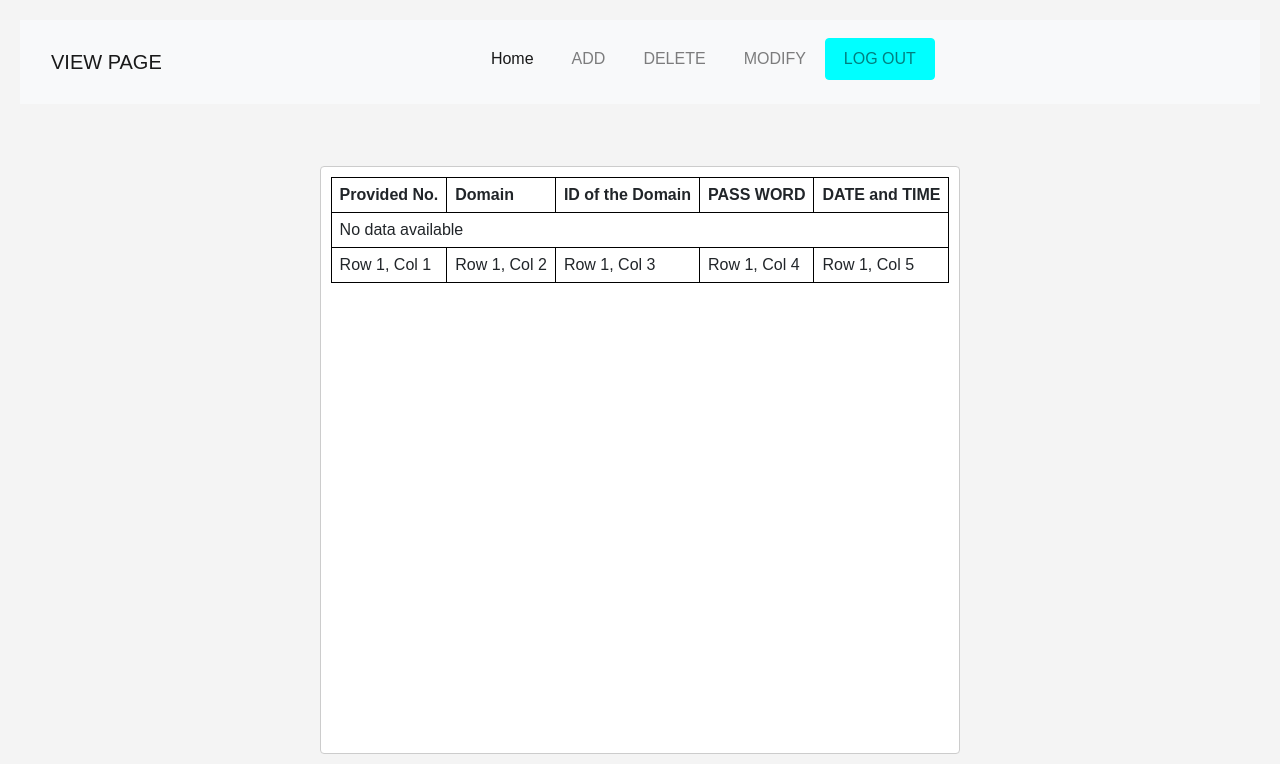
Repository: wizzy-abhishek/Projects
Page: http://localhost/Iam_Doing/Details_Action.jsp
These files come from the project's save history. The page is drawn as it stood at one moment and after the next save; the edit follows.
The browser window is 1280 px wide. The pictures show the whole page.
Some web libraries are served in a nearby version. The page is served by Tomcat 10. Nobody is signed in. The application's start-up code is not run. Other server files are loaded and not shown.

Above is the page before, as saved 2024-06-28 21:53:01.

### Iam_Doing/src/main/webapp/Details_Action.jsp
<%@ page language="java" contentType="text/html; charset=UTF-8"
    pageEncoding="UTF-8"%>
<%@ page import="java.util.List" %>
<%@ page import="com.pojo.RealInfo" %>
<html lang="en">
<head>
    <meta charset="UTF-8">
    <meta name="viewport" content="width=device-width, initial-scale=1.0">
    <link href="https://stackpath.bootstrapcdn.com/bootstrap/4.5.2/css/bootstrap.min.css" rel="stylesheet">
    <link rel="stylesheet" href="GeneralDegine.css">
    <title>VIEW DETAILS </title>
    <link href="WEBSITE_LOGO.png" rel="icon" type="image/x-icon">
</head>
<body>
<%response.setHeader("Cache-Control", "no-cache , no-store , must-revalidate");
	response.setHeader("Pragma", "no-cache");
%>
<nav class="navbar navbar-expand-lg navbar-light bg-light w-100">
  <div class="container-fluid">
    <a class="navbar-brand">VIEW PAGE </a>
    <div class="collapse navbar-collapse" id="navbarNav">
      <ul class="navbar-nav mx-auto">
        <li class="nav-item">
          <form action="LoggedIn" method="post">
            <button type="submit" class="btn nav-link active" aria-current="page">Home</button>
          </form>
        </li>
        <li class="nav-item">
          <form action="Add_Details" method="post">
            <button type="submit" class="btn nav-link">ADD</button>
          </form>
        </li>
        <li class="nav-item">
          <form action="Deleting" method="post">
            <button type="submit" class="btn nav-link">DELETE</button>
          </form>
        </li>
        <li class="nav-item">
          <form action="Modifying" method="post">
            <button type="submit" class="btn nav-link">MODIFY</button>
          </form>
        </li>
        <li class="nav-item">
          <form action="Logout" method="post">
            <button type="submit" class="btn nav-link logout-btn">LOG OUT</button>
          </form>
        </li>
      </ul>
    </div>
  </div>
</nav>

<div class="left-column">

</div>
<hr>

<div class="centre">
    <div class="scrollable-table">
        <table>
            <thead>
                <tr>
                    <th>Provided No.</th>
                    <th>Domain</th>
                    <th>ID of the Domain</th>
                    <th>PASS WORD</th>
                    <th>DATE and TIME</th>
                </tr>
            </thead>
            <tbody id="table-body">
                <%
                    List<RealInfo> realInfoList = (List<RealInfo>) session.getAttribute("realInfoList");

                    if (realInfoList != null) {
                        int providedNo = 1;
                        for (RealInfo info : realInfoList) {
                            %>
                            <tr>
                                <td><%= info.getId() %></td>
                                <td><%= info.getDomain() %></td>
                                <td><%= info.getUserID() %></td>
                                <td><%= info.getPassword() %></td>
                                <td><%= info.getAddDate() %></td>
                            </tr>
                            <%
                        }
                    } else {
                        %>
                        <tr>
                            <td colspan="5">No data available</td>
                        </tr>
                        <%
                    }
                %>
            </tbody>
        </table>
    </div>
</div>


<script>
    // Sample data to demonstrate dynamic row addition
    const data = [
        ["Row 1, Col 1", "Row 1, Col 2", "Row 1, Col 3", "Row 1, Col 4", "Row 1, Col 5"]
    ];

    const tableBody = document.getElementById('table-body');

    data.forEach(rowData => {
        const row = document.createElement('tr');
        rowData.forEach(cellData => {
            const cell = document.createElement('td');
            cell.textContent = cellData;
            row.appendChild(cell);
        });
        tableBody.appendChild(row);
    });
</script>

<script src="https://code.jquery.com/jquery-3.5.1.slim.min.js"></script>
<script src="https://cdn.jsdelivr.net/npm/@popperjs/core@2.5.4/dist/umd/popper.min.js"></script>
<script src="https://stackpath.bootstrapcdn.com/bootstrap/4.5.2/js/bootstrap.min.js"></script>
</body>
</html>

### Iam_Doing/src/main/webapp/GeneralDegine.css
@charset "UTF-8";
 body {
            font-family: 'Arial', sans-serif;
            margin: 0;
            padding: 20px;
            display: flex;
            justify-content: center;
            align-items: flex-start;
            flex-wrap: wrap;
            height: 100vh;
            background-color: #f4f4f4;
        }

        .left-column, .right-column {
            width: 45%;
            margin: 2.5%;
        }

        .scrollable-table {
            overflow-y: auto;
            height: calc(90vh - 60px);
            border: 1px solid #ccc;
            border-radius: 4px;
            padding: 10px;
            background-color: #fff;
            margin-bottom: 10px;
        }

        table {
            width: 100%;
            border-collapse: collapse;
        }

        table, th, td {
            border: 1px solid black;
        }

        th, td {
            padding: 8px;
            text-align: left;
        }

        form input, form button {
            display: block;
            width: 100%;
            margin-bottom: 10px;
            border-radius: 8px;
            margin-down: 10px;
            margin-right: 20px;
            margin-top: 10px;
        }

        .form-group {
            width: 250px;
            height: 60px;
            margin: 0 auto;
        }

        .header text-center {
            width: 300px;
            height: 300px;
            margin: 15px auto;
            background-color: #ddd;
            border: 1px solid #ccc;
            display: flex;
            justify-content: center;
            align-items: center;
            font-size: 14px;
            color: #777;
        }

        .logout-btn {
            background-color: cyan !important;
            border-color: cyan !important;
        }

        @media (max-width: 768px) {
            .left-column, .right-column {
                width: 100%;
                order: 1;
            }

            .scrollable-table {
                height: auto;
            }
        }

After the next save:
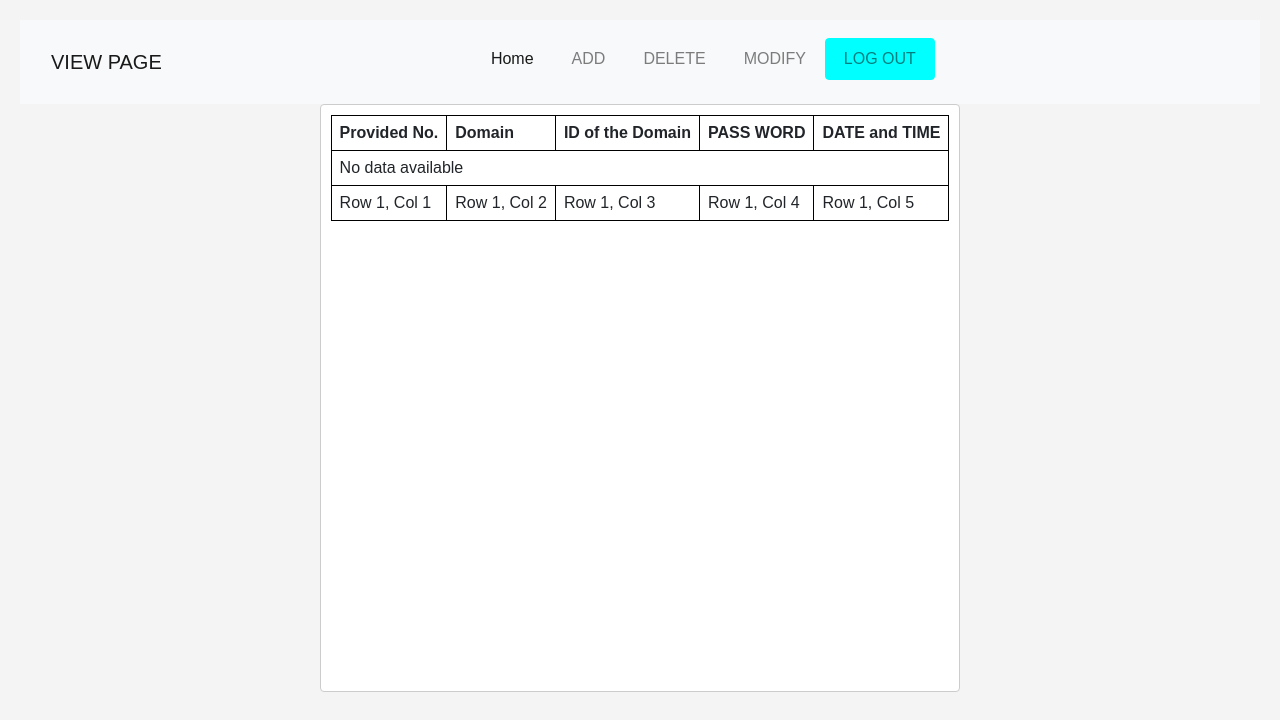
Saved 4 min 7 s later.
--- a/Iam_Doing/src/main/webapp/Details_Action.jsp
+++ b/Iam_Doing/src/main/webapp/Details_Action.jsp
@@ -49,8 +49,6 @@
     </div>
   </div>
 </nav>
-
-<div class="left-column">
 
 </div>
 <hr>
